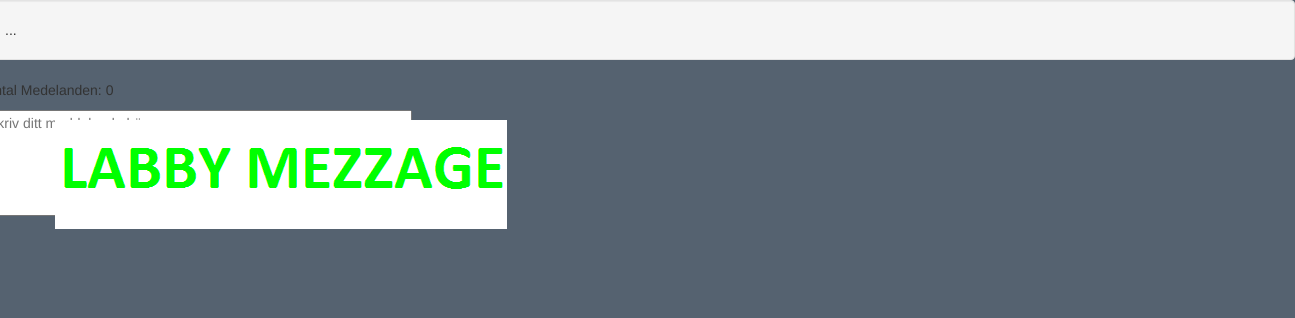
Repository: mc22dg/1dv403-laborationer
Page: 2-labbymezzage/index.html
The author's editor kept a record of every edit. The page is drawn from the files as they stood at one moment, then again after the next edit.
The browser window is 1280 px wide. The page is 1295 px wide, so the pictures cover 1295 px, including what lies to the right of the window. The pictures show the whole page.

Above is the page before.
Console error (its wording comes from the project's code and is left out).

After the next edit:
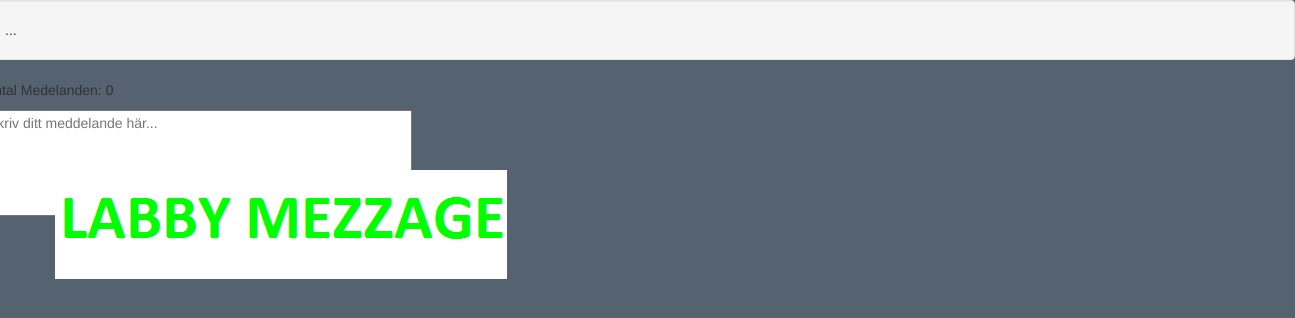
The edit:
--- a/2-labbymezzage/style.css
+++ b/2-labbymezzage/style.css
@@ -9,7 +9,7 @@
 #logo {
 padding: 70px;
 position: absolute;
-top: 50px;
+top: 100px;
 }
 
 
